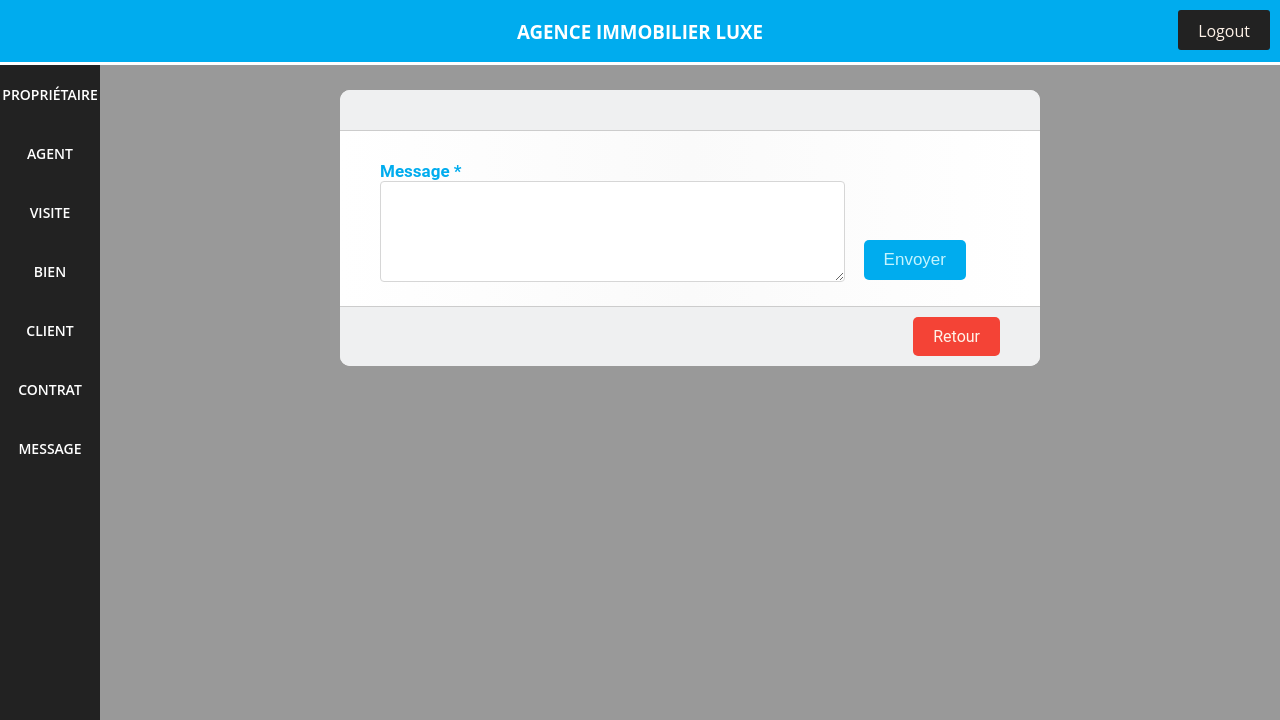
Repository: hassen-mnejja/Real_Estate_Agency_Website
Page: http://localhost/backoffice/WEB-INF/conversation.jsp
The author's editor kept a copy of each file at every save. The page is drawn from the files as they stood at one save, then again after the next save.
The browser window is 1280 px wide. The pictures show the whole page.
Some icons come from a web library that is not loaded, so they are not drawn. The page is served by Tomcat 9. Nobody is signed in. Other server files are loaded and not shown. The template is opened directly, without the code that normally fills it, so the values that code supplies are empty.

Above is the page before, as saved 2020-06-24 14:59:11.

### backoffice/WebContent/WEB-INF/conversation.jsp
<%@ page language="java" contentType="text/html; charset=UTF-8" pageEncoding="UTF-8"%>
<%@ taglib uri="http://java.sun.com/jsp/jstl/core" prefix="c"%>
<!DOCTYPE html>
<html>
<head>
<title>${client.nom} ${client.prenom}</title>
<link rel="stylesheet" type="text/css" href="../Style/MonStyle.css">
<link rel="icon" href="../Images/icon4.ico" />
<script src="../JS/1351.js"></script>
<script src="../JS/jquery-3.4.1.js"></script>
<style>
.my-form {
	width: 700px;
	margin-bottom: 100px;
}

body {
  margin: 0 auto;
  max-width: 800px;
  padding: 0 20px;
}

.container {
  border: 2px solid #dedede;
  background-color: #f1f1f1;
  border-radius: 5px;
  padding: 10px;
  margin: 5px 0;
}

.darker {
  border-color: #ccc;
  background-color: #ddd;
}

.container::after {
  content: "";
  clear: both;
  display: table;
}

.container img {
  float: left;
  max-width: 60px;
  width: 100%;
  margin-right: 20px;
  border-radius: 50%;
}

.container img.right {
  float: right;
  margin-left: 20px;
  margin-right:0;
}

.time-right {
  float: right;
  color: #aaa;
}

.time-left {
  float: left;
  color: #999;
}
</style>
</head>
<body>
<body>

	<!-- navbar -->
	<div id="nav-placeholder"></div>

	<!-- contenu -->
	<div id="contenu">
		<form class="my-form" action="ecriremessage" method="post">

			<!-- form header -->
			<div class="form-header">
				<h1>${client.nom} ${client.prenom}</h1>
			</div>

			<!-- form body -->
			<div class="form-body">

				<!-- client et bien -->
				<div class="horizontal-group">
					<div class="form-group left" style="width:75%">
						<label for="adress" class="label-title">Message *</label>
						<textarea class="form-input" name="message" rows="5" cols="50" style="height: auto" required="required"></textarea>
					</div>
					<input type="hidden" name="idclient" value="${client.idClient }">
					<input type="hidden" id="temps" class="form-input" name="temps" />
					<div class="form-group right" style="width:22%">
						<svg style="width:400px; height:75px">
 							 <rect width="300" height="70" style="fill:rgba(0,0,0,0);" />
						</svg>
						<button type="submit" class="btn">Envoyer</button>
					</div>
				</div>

				<c:forEach var="message" items="${listemessage}">
					<c:if test="${message.idEnv==0}">
					<div class="horizontal-group">
					<div class="form-group left" style="width:100%">
						<div class="container">
  							<img src="../Images/Client/0/0-1.jpg" alt="Avatar" style="width:100%;">
  							<p>${message.mess}</p>
  							<span class="time-right">${message.temps}</span>
						</div>
						</div>
						</div>
					</c:if>
					<c:if test="${message.idRec==0}">
					<div class="horizontal-group">
					<div class="form-group left" style="width:100%">
						<div class="container darker">
  							<img src="../Images/Client/${client.idClient}/${client.idClient}-1.jpg" alt="Avatar" class="right" style="width:100%;">
  							<p>${message.mess}</p>
  							<span class="time-left">${message.temps}</span>
						</div>
						</div>
						</div>
					</c:if>
				</c:forEach>

			</div>
			<!-- form-footer -->
			<div class="form-footer">
				<div >
					<a href="/backoffice/prive/cherchercontrat">Retour</a>
				</div>
			</div>

		</form>

	</div>


	<!-- JavaScript -->
	<script>
		$(function() {
			$("#nav-placeholder").load("../navbar.html");
		});
		window.addEventListener('load', () => {
			  const now = new Date();
			  now.setMinutes(now.getMinutes() - now.getTimezoneOffset());
			  document.getElementById('temps').value = now.toISOString().slice(0, -8);
			});
	</script>
</body>
</html>

### backoffice/WebContent/Style/MonStyle.css
@charset "ISO-8859-1";
.aa:hover {
	background-color: rgba(0, 0, 0, 0);
	color: #4088a3;
}

.aa:link, .aa:visited {
	background-color: rgba(0, 0, 0, 0);
	color: #666;
	text-decoration: none;
	display: inline-block;
	border: none;
	padding: 0px 0px;
}

.nav {
	position: fixed;
	top: 60px;
	left: 0px;
	width: 100px;
	height: 100%;
	background: #222;
	z-index: 2;
}

.contenu {
	position: fixed;
	top: 60px;
	left: 100px;
	width: 100%;
	height: 100%;
	background: #999;
	z-index: 2;
}

.header {
	position: fixed;
	left: 0;
	right: 0;
	z-index: 1002;
	min-height: 60px;
	padding: 0 15px;
	background: #00acee;
	border-bottom: 3px solid white;
}

#contenu {
	position: fixed;
	top: 60px;
	left: 100px;
	width: calc(100% - 100px);
	height: 100%;
	background: #999;
	z-index: 1;
	margin-left: auto;
	margin-right: auto;
	transition: all 500ms linear;
	overflow-y: auto;
}

#contenu.active {
	left: 0px;
	width: 100%;
}

#nav {
	left: 0px;
	transition: all 500ms linear;
}

#nav.active {
	left: -100px;
}

.nav span {
	display: block;
	font-size: 14px;
	color: #fff;
	font-weight: 600;
	text-transform: uppercase;
	margin-top: 10px;
}

.fi {
	font-size: 25px;
	color: #eee;
}

.toggle {
	position: fixed;
	font-size: 25px;
	color: #222;
	top: 15px;
	left: 40px;
	cursor: pointer;
}

.nav .nav-item {
	position: relative;
	width: 100%;
	text-align: center;
}

.nav .main-item, .nav .sub-item {
	padding: 15px 0px;
	background: #222;
}

.nav .nav-item .sub-items {
	position: absolute;
	top: 0px;
	left: -300px;
	width: max-content;
	z-index: -1;
	transition: all 300ms ease-in-out;
}

.nav .sub-items .sub-item {
	float: left;
	width: 100px;
}

.nav .main-item:hover, .nav .sub-item:hover {
	background: #00acee;
	cursor: pointer;
}

.nav .nav-item:hover .sub-items {
	left: 102px;
}

#elements {
	font-family: "Trebuchet MS", Arial, Helvetica, sans-serif;
	border-collapse: collapse;
	width: 100%;
	border: 1px solid #d6d6d6;
	border-radius: 3px 3px 3px 3px;
}

#elements td, #elements th {
	border: 1px solid #ddd;
	padding: 8px;
}

#elements tr:nth-child(even) {
	background-color: white;
}

#elements tr:nth-child(odd) {
	background-color: #eff0f1;
}

#elements tr:hover {
	background-color: #ddd;
}

#elements th {
	padding-top: 12px;
	padding-bottom: 12px;
	text-align: left;
	background-color: white;
	color: gray;
}

@import url('https://fonts.googleapis.com/css?family=Roboto');

/*---------------------------------------*/
/* Register Form */
/*---------------------------------------*/
body {
	margin: 0px;
	font-family: "Open Sans", sans-serif;
}

a:link, a:visited {
	background-color: #f44336;
	color: #fff3e9;
	padding: 10px 20px;
	text-align: center;
	text-decoration: none;
	display: inline-block;
	border: none;
	border-radius: 5px;
}

a:hover, a:active {
	background-color: #fa3c39;
	color: white;
}

.my-form {
	font-family: "Roboto", sans-serif;
	background: linear-gradient(to right, #ffffff 0%, #fafafa 50%, #ffffff 99%);
	border-radius: 10px;
	margin: 30px auto;
	width: 650px;
}

/*---------------------------------------*/
/* Form Header */
/*---------------------------------------*/
.form-header {
	background-color: #EFF0F1;
	border-top-left-radius: 10px;
	border-top-right-radius: 10px;
}

.form-header h1 {
	font-size: 30px;
	text-align: center;
	color: #666;
	padding: 20px 0;
	border-bottom: 1px solid #cccccc;
}

/*---------------------------------------*/
/* Form Body */
/*---------------------------------------*/
.form-body {
	padding: 10px 40px;
	color: #666;
}

.form-group {
	margin-bottom: 20px;
}

.form-body .label-title {
	color: #00acee;
	font-size: 17px;
	font-weight: bold;
}

.form-body .form-input {
	font-size: 17px;
	box-sizing: border-box;
	width: 100%;
	height: 34px;
	padding-left: 10px;
	padding-right: 10px;
	color: #333333;
	text-align: left;
	border: 1px solid #d6d6d6;
	border-radius: 4px;
	background: white;
	outline: none;
}

.horizontal-group .left {
	float: left;
	width: 49%;
}

.horizontal-group .right {
	float: right;
	width: 49%;
}

/*---------------------------------------*/
/* Form Footer */
/*---------------------------------------*/
.my-form .form-footer {
	background-color: #EFF0F1;
	border-bottom-left-radius: 10px;
	border-bottom-right-radius: 10px;
	padding: 10px 40px;
	text-align: right;
	border-top: 1px solid #cccccc;
	clear: both;
}

.form-footer span {
	float: left;
	margin-top: 10px;
	color: #999;
	font-style: italic;
	font-weight: thin;
}

.btn {
	display: inline-block;
	padding: 10px 20px;
	background-color: #00acee;
	font-size: 17px;
	border: none;
	border-radius: 5px;
	color: #c3f4ff;
	cursor: pointer;
}

.btn:hover {
	background-color: #11addd;
	color: white;
}

a.log {
	position: fixed;
	float: left;
	background: #222;
	border-radius: 3px 3px 3px 3px;
	height: 20px;
	top: 10px;
	right: 10px;
}

.title {
	color: white;
	text-align: center;
	cursor: pointer;
}

### backoffice/WebContent/navbar.html
<script src="JS/1351.js"></script>
<header class="header black-bg">
	<i class="fas fa-bars toggle" onclick="toggle()" id="b"></i>
	<h3 class="title" onclick="window.location.href = '/backoffice/prive/home';">AGENCE IMMOBILIER LUXE</h3>
	<a class="log" href="/backoffice/logout" id="discon">Logout</a>
</header>
<div class="nav" id="nav" style="display: block">
	<div class="nav-item">
		<div class="main-item">
			<i class="fad fa-house-user fi"></i> <span>Propriétaire</span>
		</div>
		<div class="sub-items">
			<div class="sub-item" onclick="window.location.href = '/backoffice/prive/ajouterprop';">
				<i class="fad fa-user-plus fi"></i> <span>Ajouter</span>
			</div>
			<div class="sub-item" onclick="window.location.href = '/backoffice/prive/chercherprop';">
				<i class="fad fa-search fi"></i> <span>Chercher</span>
			</div>
		</div>
	</div>
	<div class="nav-item">
		<div class="main-item">
			<i class="fad fa-user-headset fi"></i> <span>Agent</span>
		</div>
		<div class="sub-items">
			<div class="sub-item" onclick="window.location.href = '/backoffice/prive/ajouteragent';">
				<i class="fad fa-user-plus fi"></i> <span>Ajouter</span>
			</div>
			<div class="sub-item" onclick="window.location.href = '/backoffice/prive/chercheragent';">
				<i class="fad fa-search fi"></i> <span>Chercher</span>
			</div>
		</div>
	</div>
	<div class="nav-item">
		<div class="main-item">
			<i class="fad fa-house-return fi"></i> <span>Visite</span>
		</div>
		<div class="sub-items">
			<div class="sub-item" onclick="window.location.href = '/backoffice/prive/ajoutervisite';">
				<i class="fad fa-calendar-plus fi"></i> <span>Programmer</span>
			</div>
			<div class="sub-item" onclick="window.location.href = '/backoffice/prive/cherchervisite';">
				<i class="fad fa-search fi"></i> <span>Chercher</span>
			</div>
		</div>
	</div>
	<div class="nav-item">
		<div class="main-item">
			<i class="fad fa-house fi"></i> <span>Bien</span>
		</div>
		<div class="sub-items">
			<div class="sub-item" onclick="window.location.href = '/backoffice/prive/ajouterbien';">
				<i class="fad fa-plus fi"></i> <span>Ajouter</span>
			</div>
			<div class="sub-item" onclick="window.location.href = '/backoffice/prive/chercherbien';">
				<i class="fad fa-search fi"></i> <span>Chercher</span>
			</div>
		</div>
	</div>
	<div class="nav-item">
		<div class="main-item">
			<i class="fad fa-user fi"></i> <span>client</span>
		</div>
		<div class="sub-items">
			<div class="sub-item" onclick="window.location.href = '/backoffice/prive/ajouterclient';">
				<i class="fad fa-user-plus fi"></i> <span>Ajouter</span>
			</div>
			<div class="sub-item" onclick="window.location.href = '/backoffice/prive/chercherclient';">
				<i class="fad fa-search fi"></i> <span>Chercher</span>
			</div>
		</div>
	</div>
	<div class="nav-item">
		<div class="main-item">
			<i class="fad fa-file fi"></i> <span>contrat</span>
		</div>
		<div class="sub-items">
			<div class="sub-item" onclick="window.location.href = '/backoffice/prive/ajoutercontrat';">
				<i class="fad fa-file-plus fi"></i> <span>Ajouter</span>
			</div>
			<div class="sub-item" onclick="window.location.href = '/backoffice/prive/cherchercontrat';">
				<i class="fad fa-file-search fi"></i> <span>Chercher</span>
			</div>
		</div>
	</div>
	<div class="nav-item">
		<div class="main-item">
			<i class="fad fa-comments-alt fi"></i> <span>Message</span>
		</div>
		<div class="sub-items">
			<div class="sub-item" onclick="window.location.href = '/backoffice/prive/ecriremessage';">
				<i class="fad fa-comment-alt-plus fi"></i> <span>Ajouter</span>
			</div>
			<div class="sub-item" onclick="window.location.href = '/backoffice/prive/boitemessage';">
				<i class="fad fa-inbox fi"></i> <span>Chercher</span>
			</div>
		</div>
	</div>
</div>
<script>
	function toggle() {
		document.getElementById("nav").classList.toggle('active');
		document.getElementById("contenu").classList.toggle('active');
	}
</script>

Loaded but not shown: backoffice/WebContent/JS/1351.js (library); backoffice/WebContent/JS/jquery-3.4.1.js (library)

After the next save:
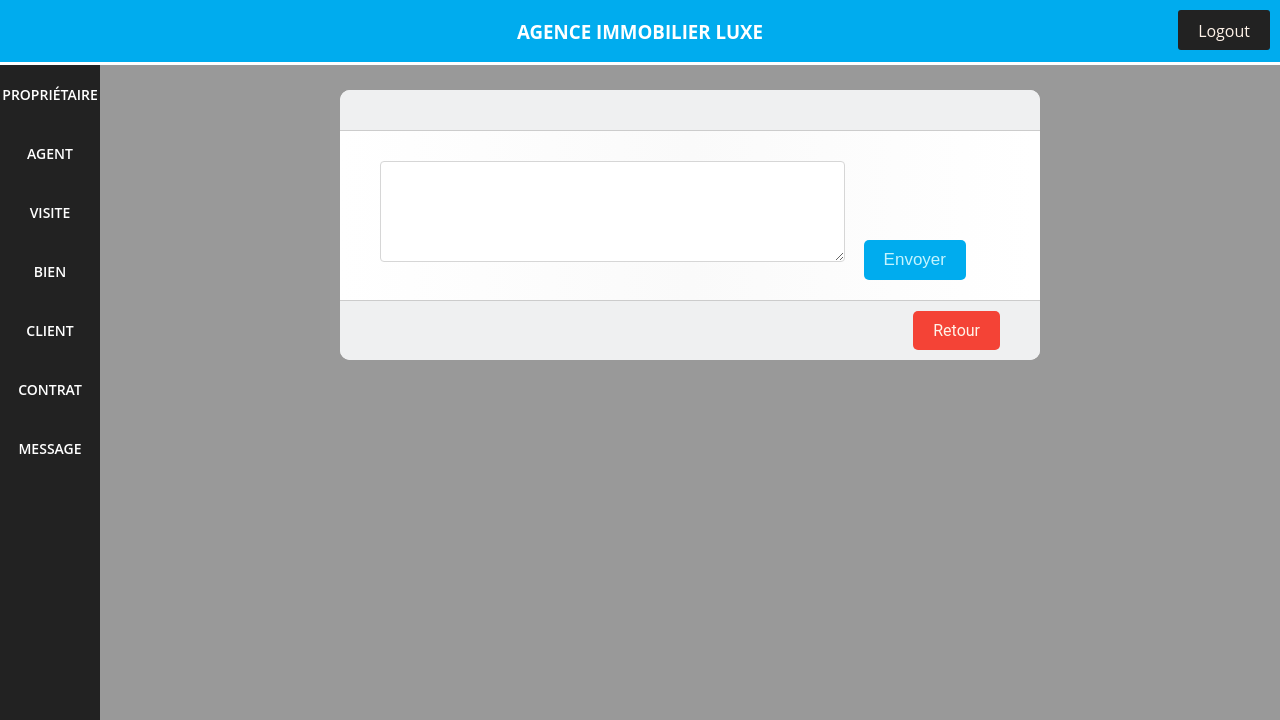
Saved 34 s later.
--- a/backoffice/WebContent/WEB-INF/conversation.jsp
+++ b/backoffice/WebContent/WEB-INF/conversation.jsp
@@ -85,7 +85,7 @@ body {
 				<!-- client et bien -->
 				<div class="horizontal-group">
 					<div class="form-group left" style="width:75%">
-						<label for="adress" class="label-title">Message *</label>
+
 						<textarea class="form-input" name="message" rows="5" cols="50" style="height: auto" required="required"></textarea>
 					</div>
 					<input type="hidden" name="idclient" value="${client.idClient }">
